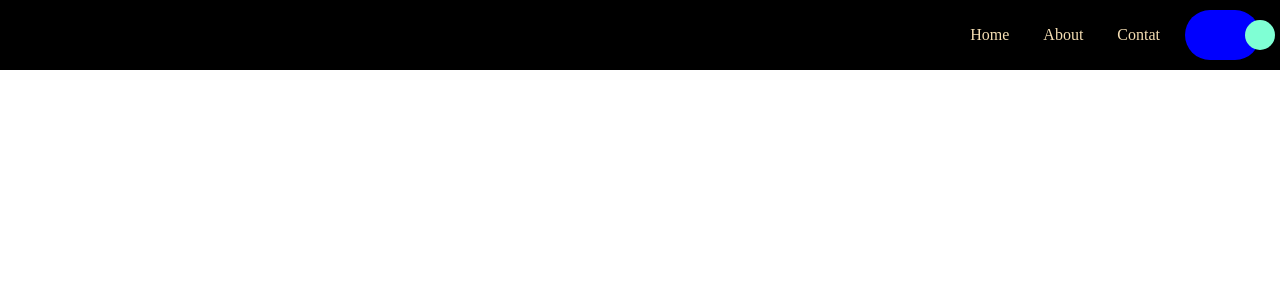
Repository: imokha01/toggleNavBar
Page: index.html
These files come from the project's save history. The page is drawn as it stood at one moment and after the next save; the edit follows.
The browser window is 1280 px wide. The pictures show the whole page.
The first `.checkbox` is checked.

Above is the page before, as saved 2023-12-26 22:39:39.

### index.html
<!DOCTYPE html>
<html lang="en">
<head>
    <meta charset="UTF-8">
    <meta name="viewport" content="width=device-width, initial-scale=1.0">
    <title>Toggle Nav Bar</title>
    <link rel="stylesheet" href="style.css">
</head>
<body>
    <header class="header">
        <div class="header__content">
            <nav class="header__content__navbar">
                <li class="header__content__navbar__list">
                    <a href="#" class="header__content__navbar__link">Home</a>
                </li>
                <li class="header__content__navbar__list">
                    <a href="#" class="header__content__navbar__link">About</a>
                </li>
                <li class="header__content__navbar__list">
                    <a href="#" class="header__content__navbar__link">Contat</a>
                </li>
            </nav>
            <input type="checkbox" class="checkbox toggle-triger">
        </div>

    </header>
</body>
</html>

### style.css
*{
    margin: 0;
    padding: 0;
    box-sizing: border-box;
}

.header {
    background: #000;
    /* height: 70px; */

}


.header__content__navbar__list {
    display: inline-block;
    list-style-type: none;
}

.header__content__navbar__link{
    color: wheat;
    text-decoration: none;
    padding: 15px;
}

.header__content {
    display: flex;
    justify-content: end;
    align-items: center;
    padding: 10px 20px;

    gap: 10px;
}

.checkbox {
    width: 75px;
    height:50px;
    border-radius: 60px;
    background-color: #fff;
    appearance: none;
    position: relative;
    outline: none;
    cursor: pointer;
    transition: .5s;
}

.checkbox::before {
    height: 50px;
    width: 50px;
    position: absolute;
    top: 0;
    left: 0;
    content: "";
    background-color: aquamarine;
    border-radius: 60px;
    transform: scale(0.6);
    transition: .5s;
}

.checkbox:checked{
    background-color: blue;
}

.checkbox:checked::before{
    left: 50px
}

After the next save:
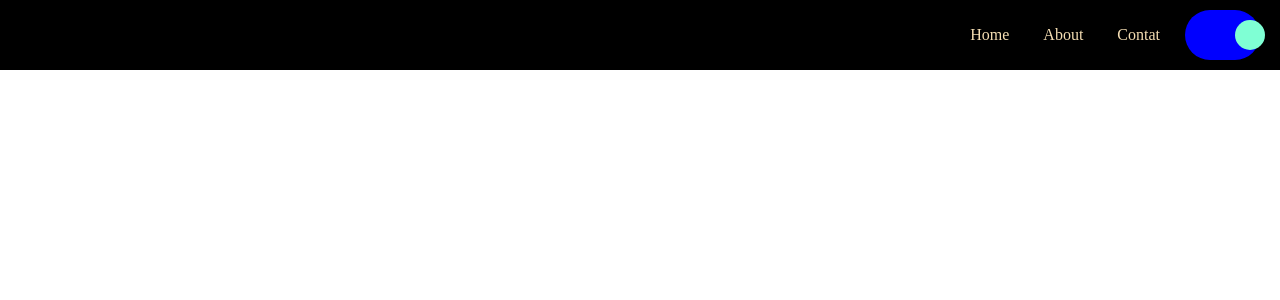
Saved 13 s later.
--- a/style.css
+++ b/style.css
@@ -61,5 +61,5 @@
 }
 
 .checkbox:checked::before{
-    left: 50px
+    left: 40px
 }
